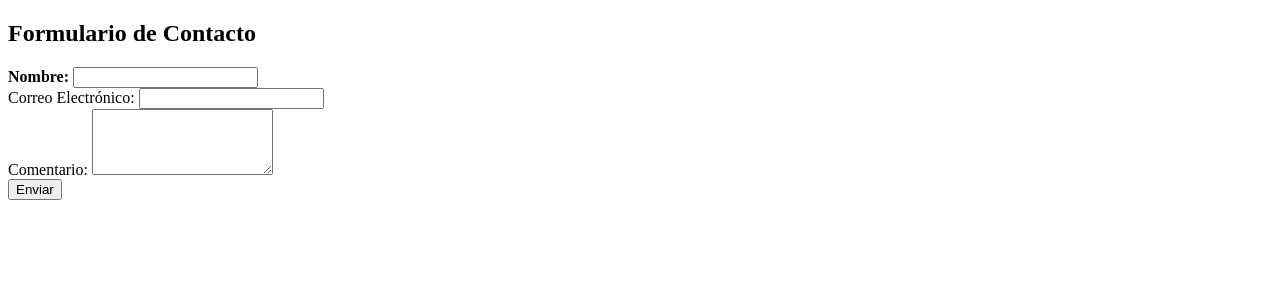
Repository: profe-ggarrido/desaf-aplic-web-python
Page: http://localhost/contacto/
The author's editor kept a copy of each file at every save. The page is drawn from the files as they stood at one save, then again after the next save.
The browser window is 1280 px wide. The pictures show the whole page.
The page is served by the project's application, run on Django 4.2 (pro_alfa/manage.py). Other server files are loaded and not shown.

Above is the page before, as saved 2024-04-30 14:04:18.

### pro_alfa/mascotasApp/views.py
from django.shortcuts import render

#Se debe importar la libreria HttpResponse
from django.http import HttpResponse


def home(request):
    return HttpResponse(
        """
        <h1>ESTE ES MI HOME</h1>
        <h3>Django es un marco dedesarrollo web de código abierto, escrito en Python, que permite la creación de aplicaciones web rápidas y seguras. Ofrece una interfaz sencilla y robusta para diseñar aplicaciones web con un enfoque en la reutilización y el desarrollo ágil1. A continuación, te proporciono más detalles sobre Django:</h3><br>

<strong><u><h3>¿Qué es Django?</h3></u></strong>
Django es un framework web de alto nivel que permite el desarrollo rápido de sitios web seguros y mantenibles.
Desarrollado por programadores experimentados, Django se encarga de gran parte de las complicaciones del desarrollo web, lo que te permite concentrarte en escribir tu aplicación sin necesidad de reinventar la rueda.
Es gratuito y de código abierto, tiene una comunidad próspera y activa, una gran documentación y muchas opciones de soporte gratuito y de pago2.<br><br>
<u><strong>Características principales de Django:</strong></u><br><br>
<u>Completo:</u> <br>Sigue la filosofía “Baterías incluidas” y provee casi todo lo que los desarrolladores quisieran que tenga “de fábrica”. Todo lo que necesitas es parte de un único “producto”, lo que facilita el desarrollo y mantiene la consistencia.<br>
<u>Versátil:</u> <br>Puede ser usado para construir casi cualquier tipo de sitio web, desde sistemas manejadores de contenidos y wikis hasta redes sociales y sitios de noticias. Además, puede funcionar con cualquier framework en el lado del cliente y devolver contenido en diversos formatos (HTML, RSS feeds, JSON, XML, etc.).<br>
<u>Seguro:</u> <br>Ayuda a los desarrolladores a evitar errores comunes de seguridad al proporcionar un framework diseñado para proteger automáticamente el sitio web. Por ejemplo, maneja de forma segura las cuentas de usuario y contraseñas.<br><br>
<u>Cómo empezar con Django:</u><br>
Si es la primera vez que utilizas Django, debes hacer algunas configuraciones iniciales, como autogenerar un código que establezca un proyecto Django (un conjunto de ajustes para una instancia de Django, incluida la configuración de la base de datos y opciones específicas).

    """
    )

def about(request):
    return HttpResponse("""
            <h2>PAGINA ABOUT</H2><BR><br>
            <p>Lorem ipsum dolor sit amet consectetur, adipisicing elit. Cum laboriosam numquam consequatur,
            placeat natus voluptas dolorum, fugit excepturi rerum aliquid possimus at facilis laborum s
            ed? Vitae temporibus officia quos fuga.</p>

            """)


def contacto(request):
    return HttpResponse("""
        <!DOCTYPE html>
<html lang="es">
<head>
    <meta charset="UTF-8">
    <meta name="viewport" content="width=device-width, initial-scale=1.0">
    <title>Formulario de Contacto</title>
</head>
<body>
    <h2>Formulario de Contacto</h2>
    <form action="#" method="POST">
        <div>
            <label for="nombre"><strong>Nombre:</strong></label>
            <input type="text" id="nombre" name="nombre" required>
        </div>
        <div>
            <label for="email">Correo Electrónico:</label>
            <input type="email" id="email" name="email" required>
        </div>
        <div>
            <label for="comentario">Comentario:</label>
            <textarea id="comentario" name="comentario" rows="4" required></textarea>
        </div>
        <div>
            <button type="submit">Enviar</button>
        </div>
    </form>
</body>
</html>

        """
                        )

### pro_alfa/pro_alfa/urls.py
"""
URL configuration for pro_alfa project.

The `urlpatterns` list routes URLs to views. For more information please see:
    https://docs.djangoproject.com/en/4.2/topics/http/urls/
Examples:
Function views
    1. Add an import:  from my_app import views
    2. Add a URL to urlpatterns:  path('', views.home, name='home')
Class-based views
    1. Add an import:  from other_app.views import Home
    2. Add a URL to urlpatterns:  path('', Home.as_view(), name='home')
Including another URLconf
    1. Import the include() function: from django.urls import include, path
    2. Add a URL to urlpatterns:  path('blog/', include('blog.urls'))
"""
from django.contrib import admin
from django.urls import path

from mascotasApp.views import home
from mascotasApp.views import about
from mascotasApp.views import contacto


urlpatterns = [
    path('admin/', admin.site.urls),

    path("",home),
    path("about/",about),
    path("contacto/",contacto)
]

After the next save:
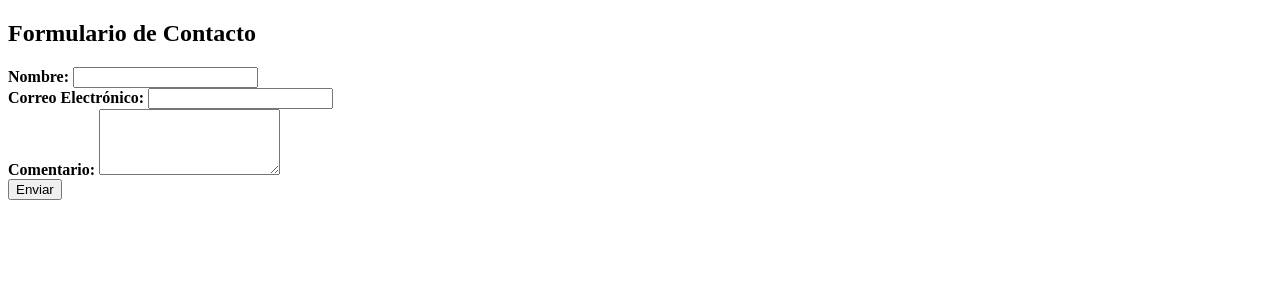
Saved 39 s later.
--- a/pro_alfa/mascotasApp/views.py
+++ b/pro_alfa/mascotasApp/views.py
@@ -51,11 +51,11 @@
             <input type="text" id="nombre" name="nombre" required>
         </div>
         <div>
-            <label for="email">Correo Electrónico:</label>
+            <label for="email"><strong>Correo Electrónico:</strong></label>
             <input type="email" id="email" name="email" required>
         </div>
         <div>
-            <label for="comentario">Comentario:</label>
+            <label for="comentario"><strong>Comentario:</strong></label>
             <textarea id="comentario" name="comentario" rows="4" required></textarea>
         </div>
         <div>
